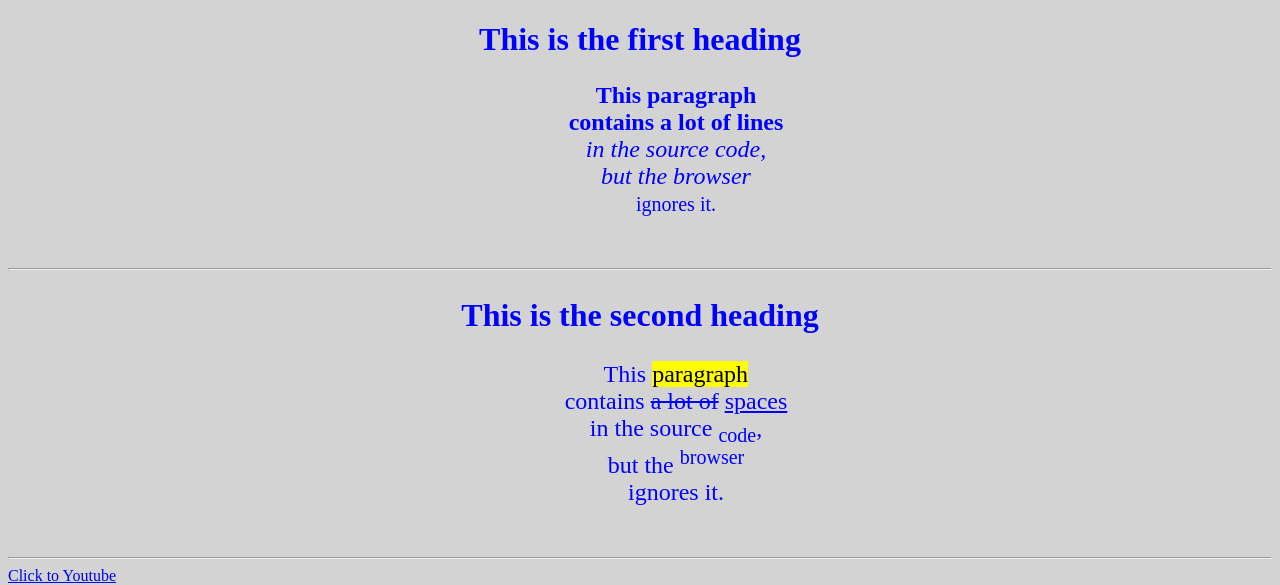
Repository: zRush1202/LoginPage-demo
Page: ex_html/index.html
An editor plug-in stored every save of this project. The page is shown before and after the next save, followed by the edit.
The browser window is 1280 px wide. The pictures show the part of the page from y = 0 to 585 px (the page is 847 px tall before and 863 px after).
Pictures or frames that could not be fetched are drawn as grey boxes.

Above is the page before, as saved 2023-09-06 17:41:21.

After the next save:
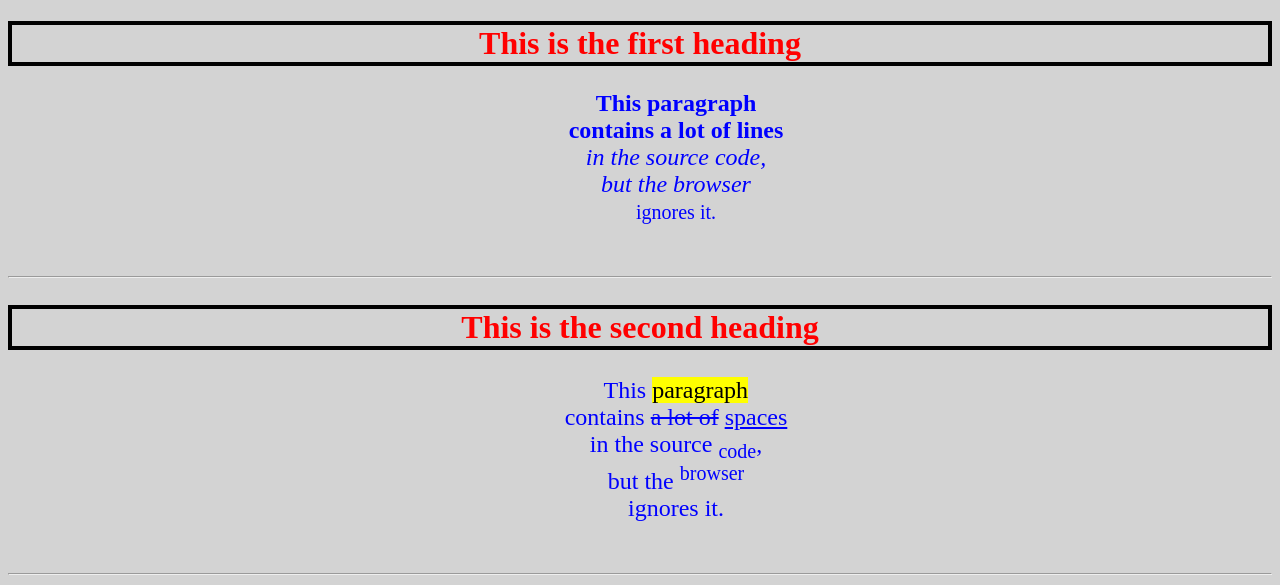
Saved 38 s later.
--- a/ex_html/style.css
+++ b/ex_html/style.css
@@ -2,13 +2,15 @@ body {
     background-color: lightgray;
   }
   h1 {
-    color: blue;
+    color: red;
+    border: 4px solid black;
     text-align: center;
     font-size: 200%;
     font-family:'Times New Roman', Times, serif;
   }
   h2 {
-    color: blue;
+    color: red;
+    border: 4px solid black;
     text-align: center;
     font-size: 200%;
     font-family:'Times New Roman', Times, serif;
